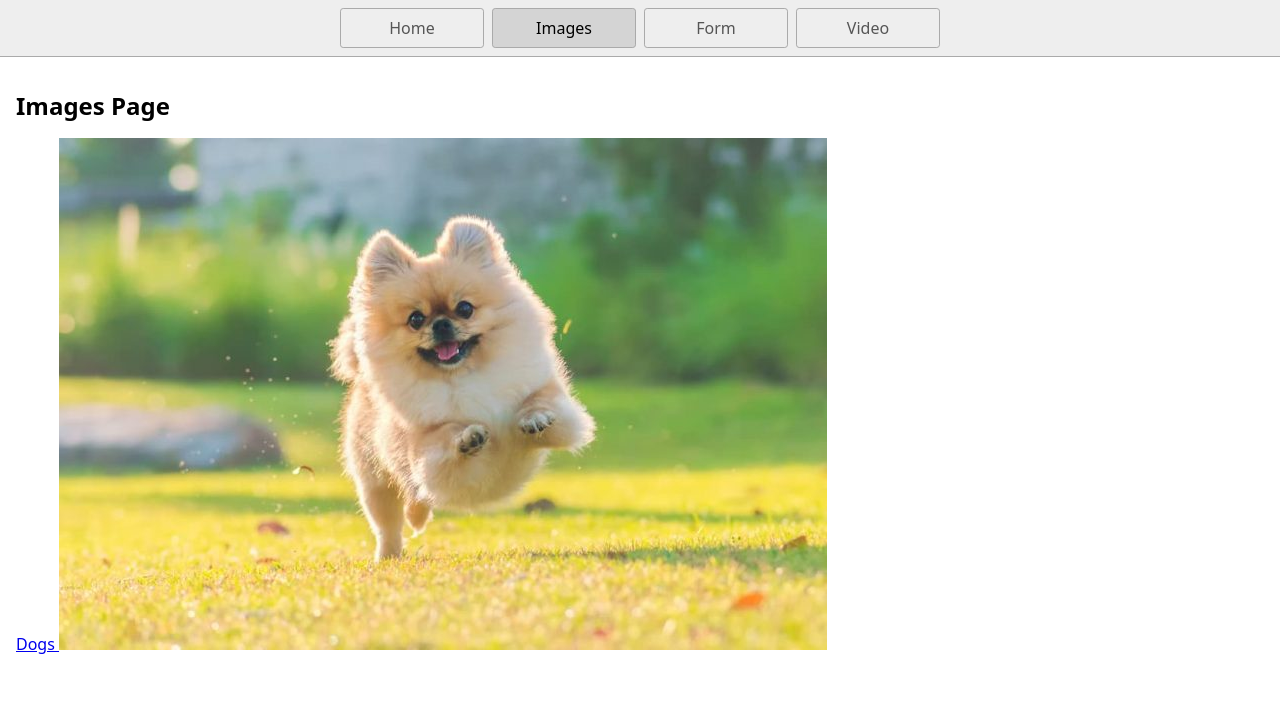
Repository: sebas6292/palmTree-Final
Page: Images.html
An editor plug-in stored every save of this project. The page is shown before and after the next save, followed by the edit.
The browser window is 1280 px wide. The pictures show the whole page.

Above is the page before, as saved 2023-05-26 19:21:34.
Not found: script.js

After the next save:
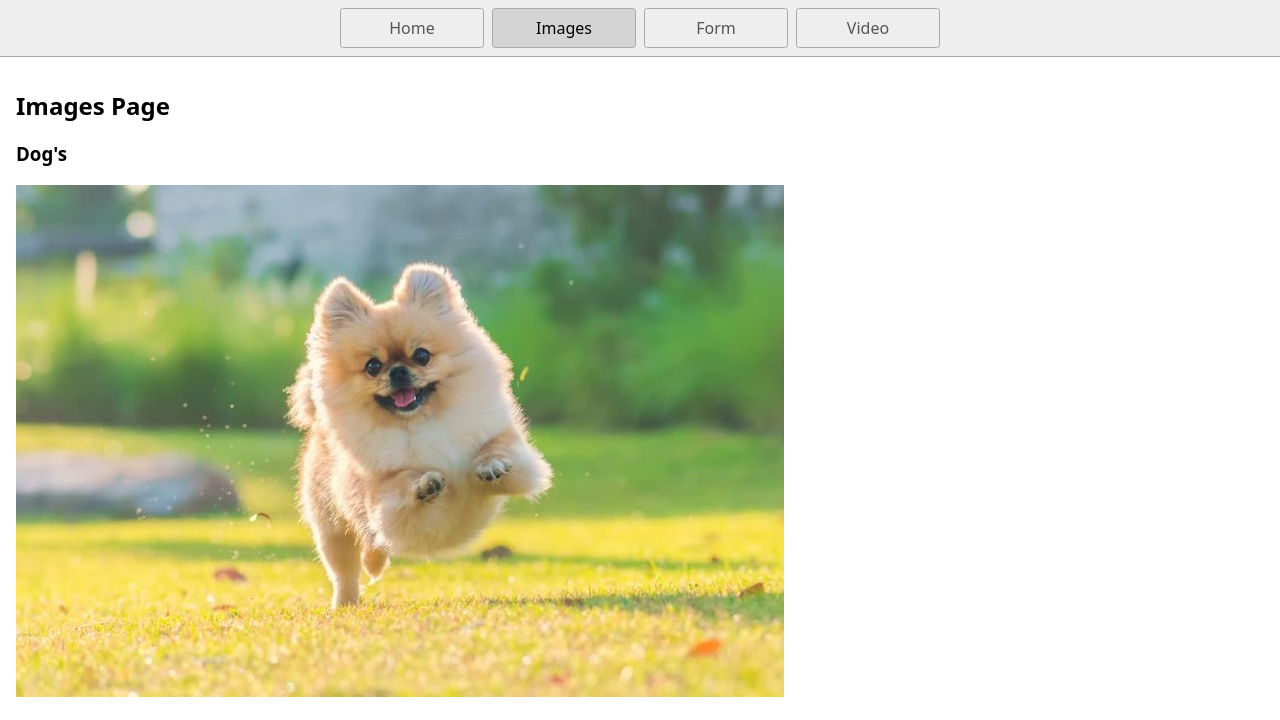
Saved 21 s later.
--- a/Images.html
+++ b/Images.html
@@ -18,9 +18,10 @@
       <h1>Images Page</h1>
       <section>
         <div>
+          <h3>Dog's</h3>
           <a
             href="https://www.google.com/search?q=dogs&tbm=isch&chips=q:dogs,g_1:small:r1TFEtqsli4%3D&hl=en&sa=X&ved=2ahUKEwiJss3arpT_AhWmCEQIHRbZAYwQ4lYoBHoECAEQNw&biw=1425&bih=709#imgrc=nmekZO4gLL_5nM"
-          > Dogs
+          >
             <img src="./Assets/shutterstock_1568771329-768x512.jpg" />
           </a>
         </div>
